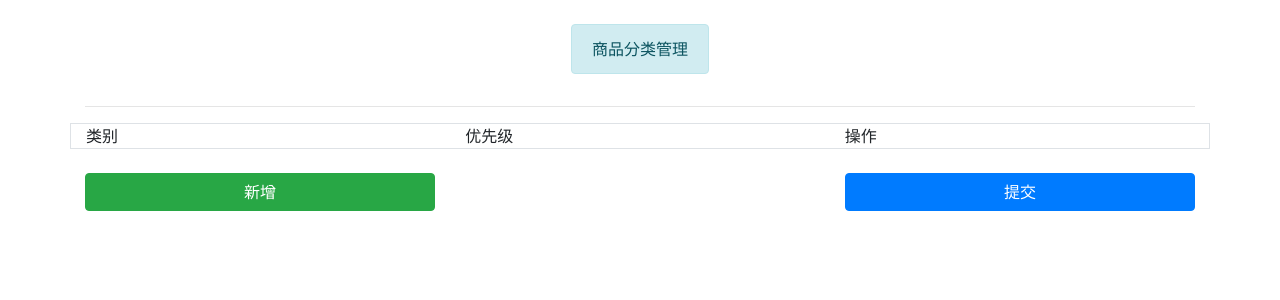
Repository: marveloussj/first_project
Page: o2o/src/main/webapp/WEB-INF/html/shop/productcategorymanage.html
These files come from the project's save history. The page is drawn as it stood at one moment and after the next save; the edit follows.
The browser window is 1280 px wide. The pictures show the whole page.
The page's requests for data from a server got no answer. Some web libraries are served in a nearby version.

Above is the page before, as saved 2018-03-17 08:38:04.

### o2o/src/main/webapp/WEB-INF/html/shop/productcategorymanage.html
<!doctype html>
<html lang="en">
<head>
<!-- Required meta tags -->
<meta charset="utf-8">
<meta name="viewport"
	content="width=device-width, initial-scale=1, shrink-to-fit=no">

<!-- Bootstrap CSS -->
<link rel="stylesheet"
	href="https://cdn.bootcss.com/bootstrap/4.0.0/css/bootstrap.min.css"
	integrity="sha384-Gn5384xqQ1aoWXA+058RXPxPg6fy4IWvTNh0E263XmFcJlSAwiGgFAW/dAiS6JXm"
	crossorigin="anonymous">

<title>商品分类管理</title>
</head>
<body>

<div class="container">
<br>
<div class="row justify-content-center">
			<div class="alert alert-info" >商品分类管理</div>
		</div>
		<hr>

  <div class="row align-items-start table-bordered">
    <div class="col">类别</div>
    <div class="col">优先级 </div>
    <div class="col"> 操作</div>
  </div>

  <div class="category-wrap"></div>

<br>

		<div class="row justify-content-between">
			<div class="col-4">
				<button type="button" class="btn btn-success btn-block" id="add">新增</button>
			</div>
			<div class="col-4">
				<button type="button" class="btn btn-primary btn-block" id="submit">提交</button>
			</div>
		</div>
</div>
	<!-- Optional JavaScript -->
	<!-- jQuery first, then Popper.js, then Bootstrap JS -->
	<script src="http://code.jquery.com/jquery-3.3.1.js" integrity="sha256-2Kok7MbOyxpgUVvAk/HJ2jigOSYS2auK4Pfzbm7uH60=" crossorigin="anonymous"></script>
	<script src="https://cdn.bootcss.com/popper.js/1.12.9/umd/popper.min.js" integrity="sha384-ApNbgh9B+Y1QKtv3Rn7W3mgPxhU9K/ScQsAP7hUibX39j7fakFPskvXusvfa0b4Q" crossorigin="anonymous"></script>
	<script src="https://cdn.bootcss.com/bootstrap/4.0.0/js/bootstrap.min.js" integrity="sha384-JZR6Spejh4U02d8jOt6vLEHfe/JQGiRRSQQxSfFWpi1MquVdAyjUar5+76PVCmYl" crossorigin="anonymous"></script>
	<script type="text/javascript" src="../resources/js/shop/productcategorymanage.js" charset="utf-8"></script>

</body>
</html>

### o2o/src/main/webapp/resources/js/shop/productcategorymanage.js
/**
 *
 */
$(function(){
	var addUrl='/o2o/shopadmin/addproductcategorys';
	var deleteUrl='/o2o/shopadmin/deleteproductcategory';
	getlist();
	function getlist(e){
		$.ajax({
		url:"/o2o/shopadmin/getproductcategorylist",
		type:"get",
		dataType:"json",
		success:function(data){
			if(data.success){
				handleList(data.data);
			}
		}

	});
	}

	function handleList(data){
		var html='';
		data.map(function(item,index){
			html+='<div class="row align-items-start table-bordered now"><div class="col">'
				+item.productCategoryName+'</div> <div class="col">'
				+item.priority+'</div><div class="col"><a class="delete" data-toggle="modal" data-target="#myModal" data-id="'
				+item.productCategoryId+'" href="#">删除</a></div></div>';
		});
		$('.category-wrap').html(html);
	}

	$('#add').click(function(){
		var tempHtml='<div class="row align-items-start table-bordered temp"><div class="col">'
			+'<input class="form-control category" type="text" placeholder="商品类别">'
			+'</div> <div class="col">'
			+'<input class="form-control priority" type="number" placeholder="优先级">'
			+'</div><div class="col"><a class="delete" href="#">删除</a></div></div>';
		$('.category-wrap').append(tempHtml);
	});

	$('#submit').click(function(){
		var tempArr=$('.temp');
		var productCategoryList=[];
		tempArr.map(function(index,item){
			var tempObj={};
			tempObj.productCategoryName=$(item).find('.category').val();
			tempObj.priority=$(item).find('.priority').val();
			if(tempObj.productCategoryName&&tempObj.priority){
				productCategoryList.push(tempObj);
			}
		});

		$.ajax({
			url:addUrl,
			type:'POST',
			data:JSON.stringify(productCategoryList),
			contentType: 'application/json',
			success:function(data){
				if(data.success){
					alert("提交成功!");
					getlist();
				}else{
					alert("提交失败!");
				}
			}
		});

	});

	$('.category-wrap').on('click','.align-items-start.table-bordered.temp .delete',function(e){
		$(this).parent().parent().remove();
	});

	$('.category-wrap').on('click','.align-items-start.table-bordered.now .delete',function(e){
		$('#confirm').unbind('click').bind('click',function(){
			var target=e.currentTarget;
			$.ajax({
				url:deleteUrl,
				type:'POST',
				data:{productCategoryId:target.dataset.id},
				dataType:'json',
				success:function(data){
					if(!data.success){
						alert("删除失败!");
					}else{
						alert("删除成功!");
						getlist();
					}
					return ;
				}
			});
			});
	});

	$('#return').click(function() {
		window.location.href = '/o2o/shopadmin/shopmanage';
	});

});

After the next save:
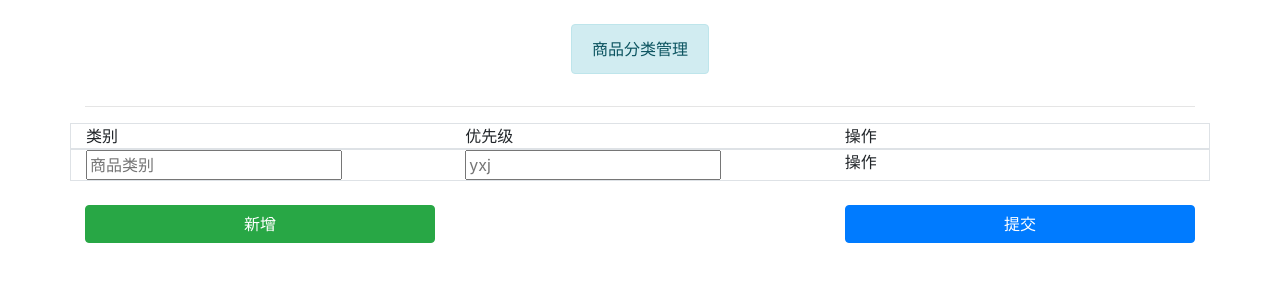
Saved 32 s later.
--- a/o2o/src/main/webapp/WEB-INF/html/shop/productcategorymanage.html
+++ b/o2o/src/main/webapp/WEB-INF/html/shop/productcategorymanage.html
@@ -30,7 +30,15 @@
   </div>
 
   <div class="category-wrap"></div>
-
+  <div class="row align-items-start table-bordered temp">
+  <div class="col">
+		<input type="text" placeholder="商品类别">
+  </div>
+	<div class="col">
+		<input  type="text" placeholder="yxj">
+		 </div>
+   <div class="col"> 操作</div>
+  </div>
 <br>
 
 		<div class="row justify-content-between">
